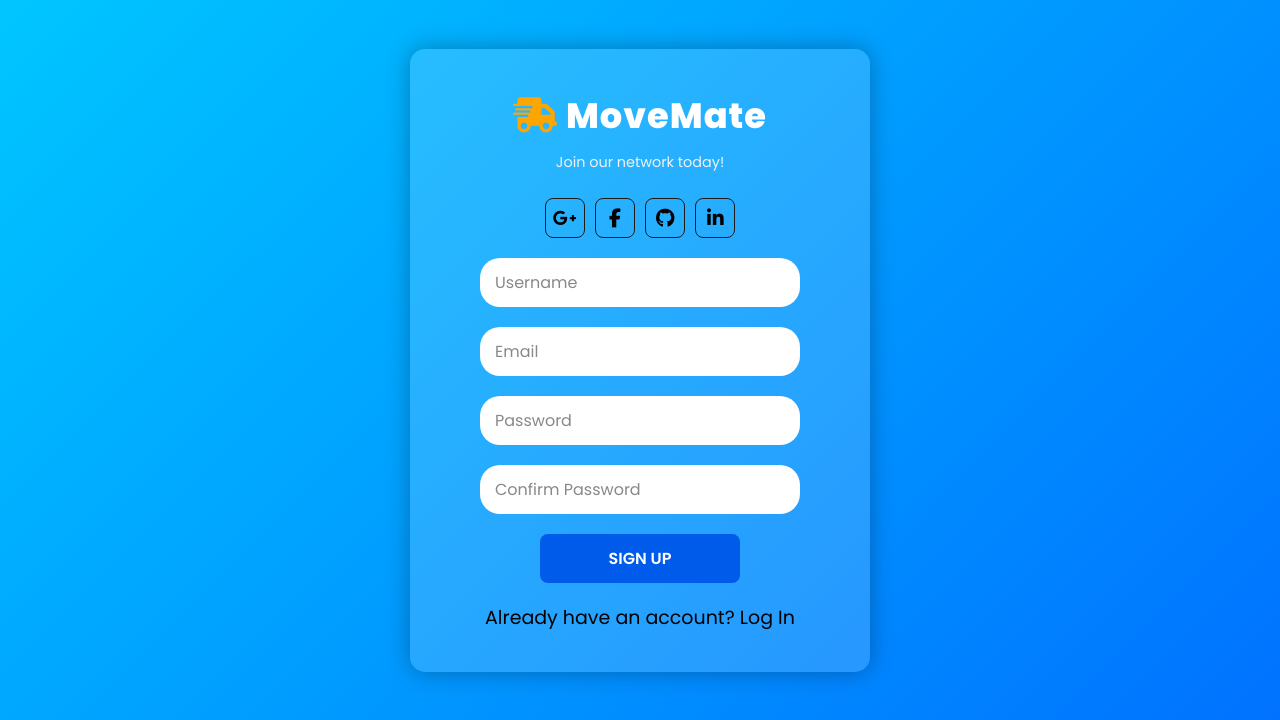
Repository: MoveMate7018/Slokdhorda7014
Page: registration.html
These files come from the project's save history. The page is drawn as it stood at one moment and after the next save; the edit follows.
The browser window is 1280 px wide. The pictures show the whole page.

Above is the page before, as saved 2025-10-27 15:09:11.

### registration.html
<!DOCTYPE html>
<html lang="en">
<head>
    <meta charset="UTF-8">
    <meta name="viewport" content="width=device-width, initial-scale=1.0">
    <!-- CSS -->
     <link rel="stylesheet" href="Assets/css/registration.css">
    <!-- bootstrap -->
    <link rel="stylesheet" href="https://cdnjs.cloudflare.com/ajax/libs/font-awesome/6.5.0/css/all.min.css">
    <link href="https://fonts.googleapis.com/css2?family=Poppins:wght@400;600;800&display=swap" rel="stylesheet">
    <link rel="stylesheet" href="https://cdnjs.cloudflare.com/ajax/libs/font-awesome/6.5.0/css/all.min.css">
    <title>Registration</title>

</head>
<body>
    <div class="container">

        <h1 class="logo"><i class="fa-solid fa-truck-fast"></i>MoveMate</h1>
        <p class="tagline">Join our network today!</p>

        <form action="login.html">
             <div class="extra-login-options">
          <a href="#" class="icon"><i class="fa-brands fa-google-plus-g"></i></a>
          <a href="#" class="icon"><i class="fa-brands fa-facebook-f"></i></a>
          <a href="#" class="icon"><i class="fa-brands fa-github"></i></a>
          <a href="#" class="icon"><i class="fa-brands fa-linkedin-in"></i></a>
        </div>
            <div class="input-box">
                <input type="text" placeholder="Username" required>
            </div>
            <div class="input-box">
                <input type="email" placeholder="Email" required>
            </div>
            <div class="input-box">
                <input type="password" placeholder="Password" required>
            </div>
            <div class="input-box">
                <input type="password" placeholder="Confirm Password" required>
            </div>

            <button type="submit" class="register-btn">SIGN UP</button>

            <div class="links">

                <a href="login.html" class="link1">Already have an account? Log In </a>
            </div>
        </form>
    </div>
</body>
</html>

### Assets/css/registration.css
 * {
            margin: 0;
            padding: 0;
            box-sizing: border-box;
            font-family: "Poppins", sans-serif;
        }

        body {
            height: 100vh;
            background: linear-gradient(135deg, #00c6ff, #0072ff);
            display: flex;
            justify-content: center;
            align-items: center;
            opacity: 0;
            animation: fadeInBody 0.9s ease-out forwards;
        }
        @keyframes fadeInBody {
            to {
                opacity: 1;
            }
        }


        .container {
            width: 460px;
            background: rgba(255, 255, 255, 0.15);
            border-radius: 15px;
            backdrop-filter: blur(10px);
            box-shadow: 0 0 25px rgba(0, 0, 0, 0.3);
            text-align: center;
            padding: 40px 30px;
            color: white;
            opacity: 0;
            transform: scale(0.9) translateY(30px);
            animation: slideInScale 1s ease-out 0.3s forwards;
       }

        @keyframes slideInScale{
         to{
             opacity: 1;
             transform: scale(1) translateY(0);
            }
     }

        .logo {
            font-size: 2.2rem;
            font-weight: 800;
            color: white;
            margin-bottom: 10px;
            letter-spacing: 1px;
            opacity: 0;
            animation: fadeInUp 0.8s ease-out 0.5s forwards;
        }
         @keyframes fadeInBody {
            to {
                opacity: 1;
            }
        }

        .logo i {
            color: orange;
            margin-right: 8px;
            animation: bounceTruck 1.5s infinite;
            opacity: 0;
            animation: fadeInUp 0.8s ease-out 0.5s forwards;
        }

        @keyframes bounceTruck {
            0%, 100% { transform: translateY(0); }
            50% { transform: translateY(-4px); }
        }
         @keyframes fadeInBody {
            to {
                opacity: 1;
            }
        }

        p.tagline {
            color: #f1f1f1;
            font-size: 0.9rem;
            margin-bottom: 25px;
            opacity: 0;
            animation: fadeInUp 0.8s ease-out 0.5s forwards;
        }
        @keyframes fadeInUp {
            to {
                opacity: 1;
                transform: translateY(0);
            }
        }

        .input-box {
            width: 100%;
            margin-bottom: 20px;
            position: relative;
        }

        .input-box input {
            width: 80%;
            padding: 12px 15px;
            border: none;
            border-radius: 20px;
            outline: none;
            font-size: 1rem;
            color: #333;
        }

        .input-box input::placeholder {
            color: #888;
        }


        .register-btn {
            width: 50%;
            background-color: #005bea;
            color: white;
            border: none;
            border-radius: 8px;
            padding: 12px;
            font-size: 1rem;
            font-weight: 600;
            cursor: pointer;
            transition: 0.3s;
        }

        .register-btn:hover {
            background-color: #0043a8;
        }

        .links {
            margin-top: 20px;
            font-size: 0.9rem;
        }

        .links a {
            color: #fff;
            text-decoration: none;
            margin: 0 8px;
        }

        .links a:hover {
            text-decoration: underline;
        }

        @media (max-width: 420px) {
            .container {
                width: 90%;
                padding: 30px 20px;
            }
            .logo {
                font-size: 1.8rem;
            }
        }
        .container form h1{
             opacity: 0;
             animation: fadeInUp 0.5s ease-out forwards;
         }

         .container form .social-list{
             opacity: 0;
             animation: fadeInUp 0.5s ease-out forwards;
         }

         .container form span{
             opacity: 0;
             animation: fadeInUp 0.5s ease-out forwards;
         }

         .container form input{
             opacity: 0;
             animation: fadeInUp 0.5s ease-out forwards;
         }

         .container form input{
             animation-delay: 1s;
         }

         .container form input{
             animation-delay: 1s;
         }

         .container form a{
             opacity: 0;
             animation: fadeInUp 0.5s ease-out 1.7s forwards;
         }

         .container form button{
             opacity: 0;
             animation: fadeInUp 0.5s ease-out 1.8s forwards;
         }

         @keyframes fadeInUp{
             from{
                 opacity: 0;
                 transform: translateY(20px);
             }
             to{
                 opacity: 1;
                 transform: translateX(0);
             }
         }

        .container a{
         color: rgb(0, 0, 0);
         font-size: 19px;
         text-decoration: none;
         margin: 15px 0 10px;
       }

         .extra-login-options{
           margin: 20px 0;
        }

         .extra-login-options a{
            border: 1px solid #1F1C18;
            border-radius: 20%;
            display: inline-flex;
            justify-content: center;
            align-items: center;
            margin: 0 3px;
            width: 40px;
            height: 40px;
        }
        .link1{
            color: rgb(255, 255, 255);
        }

After the next save:
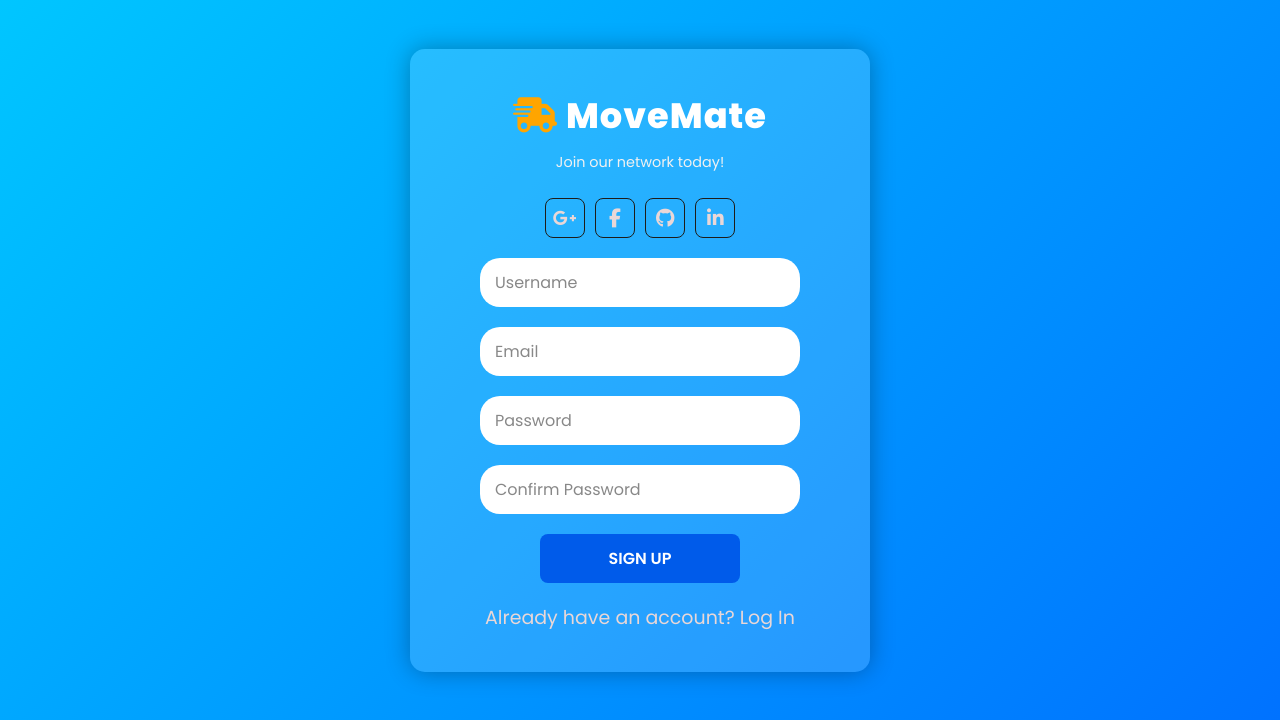
Saved 13 s later.
--- a/Assets/css/registration.css
+++ b/Assets/css/registration.css
@@ -201,7 +201,7 @@
          }
 
         .container a{
-         color: rgb(0, 0, 0);
+         color: rgb(234, 215, 215);
          font-size: 19px;
          text-decoration: none;
          margin: 15px 0 10px;

After the save that followed:
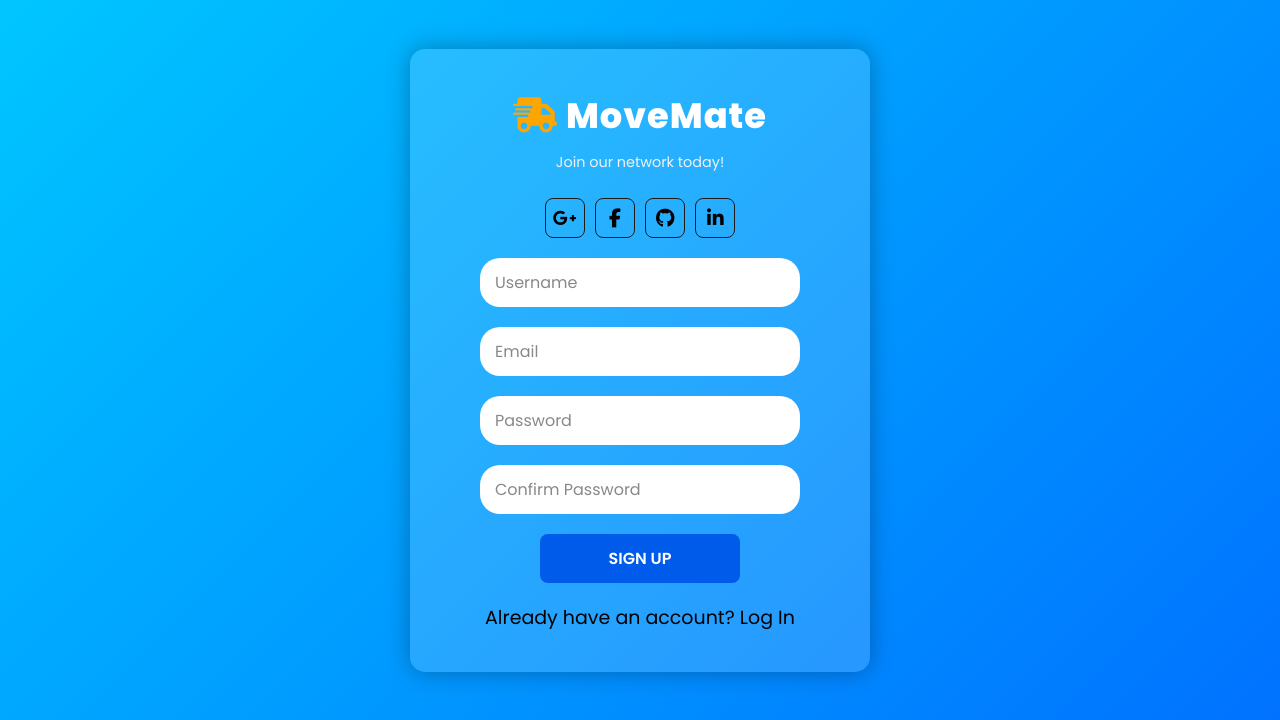
Saved 16 s later.
--- a/Assets/css/registration.css
+++ b/Assets/css/registration.css
@@ -201,7 +201,7 @@
          }
 
         .container a{
-         color: rgb(234, 215, 215);
+         color: rgb(0, 0, 0);
          font-size: 19px;
          text-decoration: none;
          margin: 15px 0 10px;
